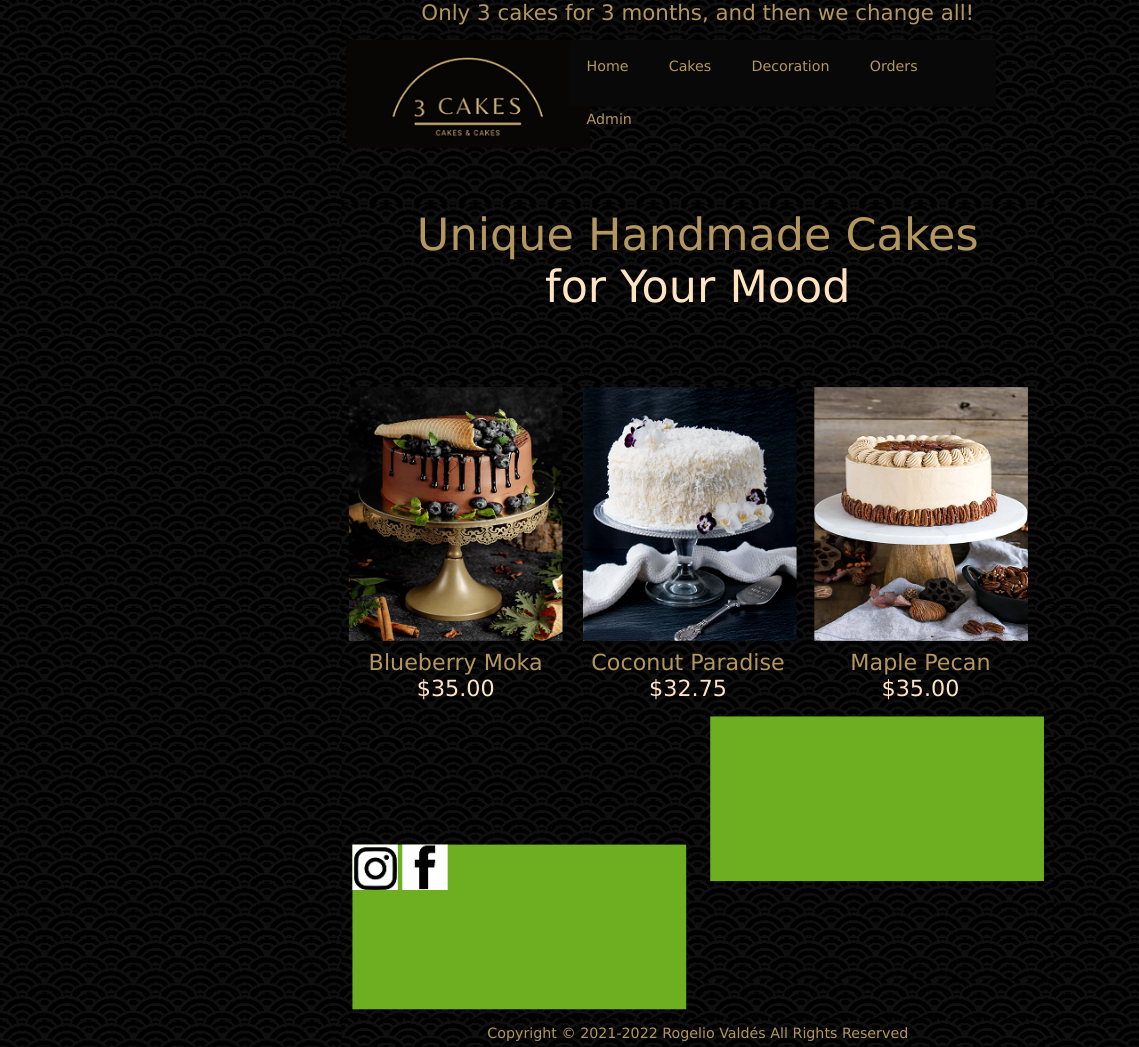
Repository: roge64/htmlfrontend
Page: index.html
An editor plug-in stored every save of this project. The page is shown before and after the next save, followed by the edit.
The browser window is 1280 px wide. The pictures show the whole page, at 89% of full size.

Above is the page before, as saved 2022-03-04 11:01:24.

After the next save:
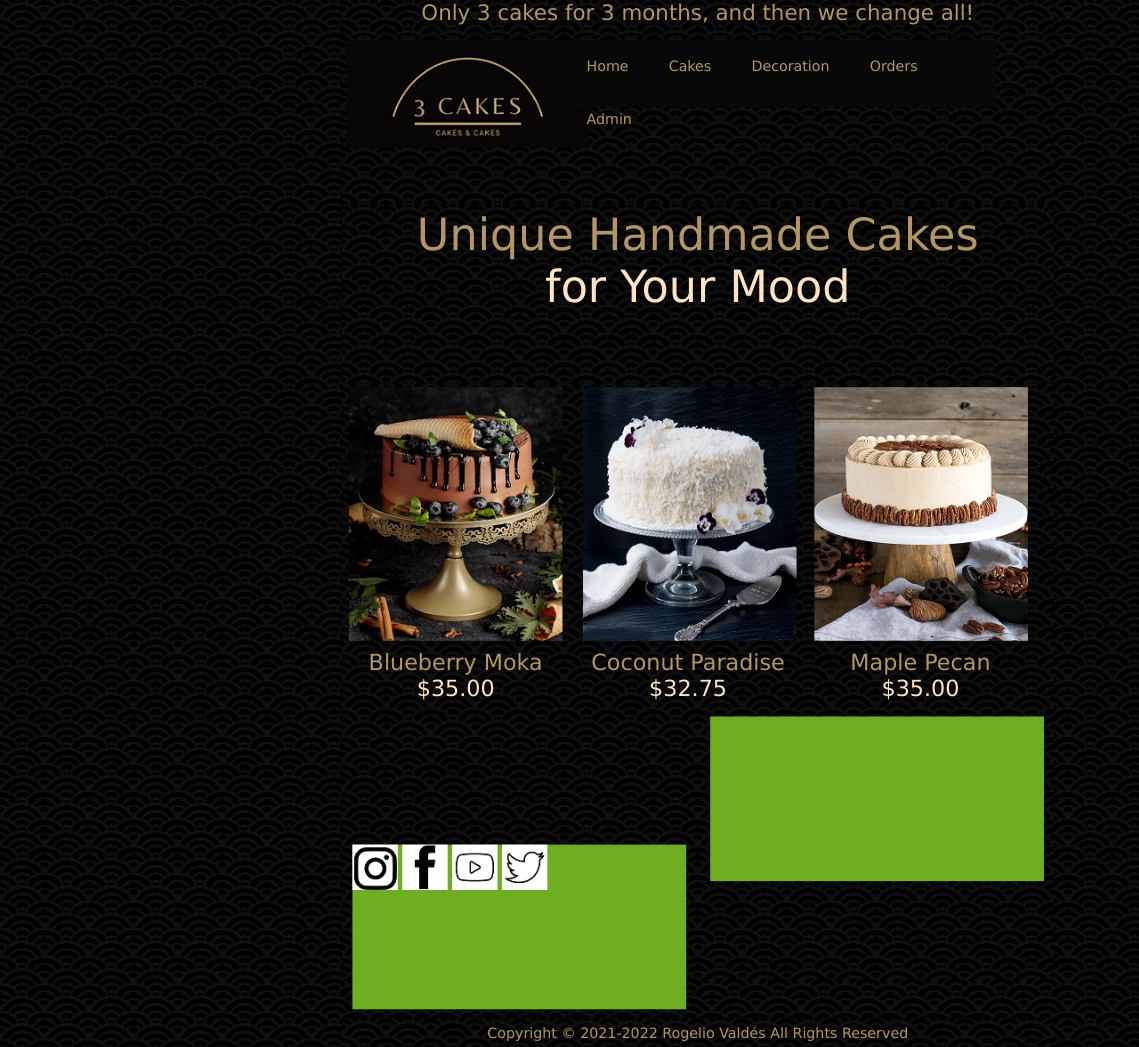
Saved 36 s later.
--- a/index.html
+++ b/index.html
@@ -72,7 +72,7 @@
 
         <section id="social">
             <article id="social1">
-                <div class = "icons">
+<!--                 <div class = "icons">
                     <i class="fa fa-instagram"><img src="img/instagram.png" alt="instagram"></i>
                     <i class="fa fa-facebook"><img src="img/facebook.png" alt="facebook"></i>
                     <i class="fa fa-road"></i>
@@ -81,11 +81,11 @@
                     <i class="fa fa-apple"></i>
                     <i class="fa fa-ambulance"></i>
                 </div>
-<!--
+ -->
 		        <a href="#"><img src="img/instagram.png" alt="instagram"></a>
                 <a href="#"><img src="img/facebook.png" alt="facebook"></a>
                 <a href="#"><img src="img/youtube.png" alt="youtube"></a>
-		        <a href="#"><img src="img/twitter.png" alt="twitter"></a> -->
+		        <a href="#"><img src="img/twitter.png" alt="twitter"></a>
             </article>
             <article id="social2">
 
